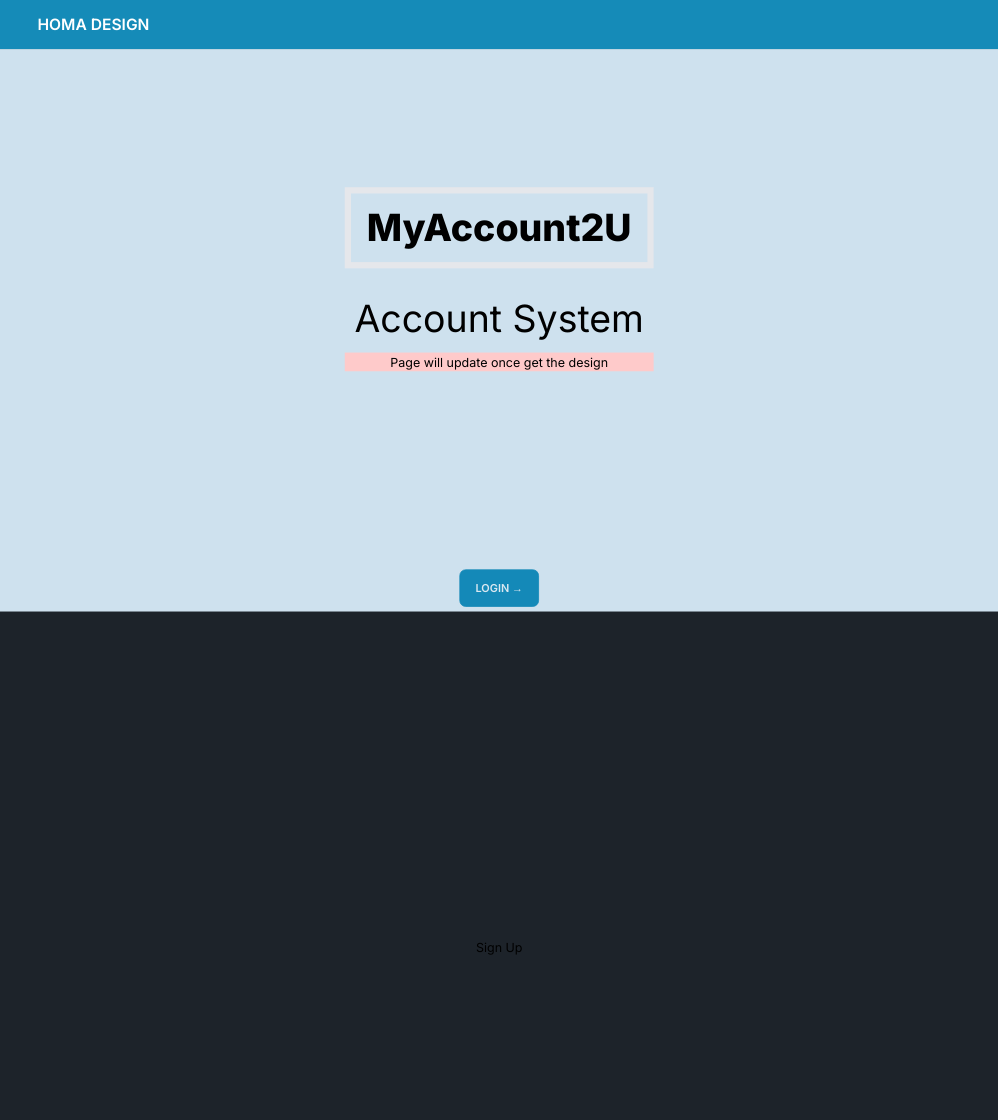
Repository: khairul35/merchant-dashboard
Page: /
An editor plug-in stored every save of this project. The page is shown before and after the next save, followed by the edit.
The browser window is 1280 px wide. The pictures show the whole page, at 78% of full size.
The project was rebuilt for these pictures with package versions that can differ from the ones it lists, and the page was loaded fresh each time. The framework's server and built-in components were replaced by stand-ins that run in the browser. Also part of the build but not shown: next.config.js.

Above is the page before, as saved 2024-01-03 10:25:50.

### app/layout.tsx
import type { Metadata } from 'next'
import { Inter } from 'next/font/google'
import Header from './components/layout/Header';
import './globals.css'

const inter = Inter({ subsets: ['latin'] })

export const metadata: Metadata = {
  title: 'Merchant apps',
  description: 'Merchant web app',
}

export default function RootLayout({
  children,
}: {
  children: React.ReactNode
}) {
  return (
    <html lang="en">
      <body className={inter.className}>
        <div className='flex flex-col h-screen'>
          <Header />
          {children}
        </div>
      </body>
    </html>
  )
}

### app/page.tsx
'use client';

import router from 'next/router';
import Link from 'next/link';

export default function Home() {
  console.log(window.localStorage.getItem('isLogin'))
  if (window.localStorage.getItem('isLogin') == 'true') {
      window.location.href = '/dashboard';
  }
  return (
      <main className="flex min-h-screen flex-col items-center justify-between p-24 bg-bg-color">
        <div>
          <div>
            <h1 className="text-5xl font-extrabold border-8 p-5 text-center items-center mb-10 mt-20">MyAccount2U</h1>
          </div>
          <h1 className="text-5xl text-center items-center">Account System</h1>
          <p className="text-center items-center bg-red-200 mt-5">Page will update once get the design</p>
          <div className="items-center flex justify-center h-full pt-4 mt-10">
            <Link href="/login">
              <button className="btn btn-primary w-full max-w-xs pl-5 pr-5">Login &rarr;</button>
            </Link>
          </div>
          <div className="items-center flex justify-center h-full pt-4">
            <Link href="/login">
              Sign Up
            </Link>
          </div>
        </div>
      </main>
  )
}

### app/components/layout/Header/index.tsx
'use client';

import Link from "next/link";
import { useState, useEffect } from "react";

const Header = () => {


    useEffect(() => {
        if (window.localStorage.getItem('isLogin') == 'true') {
        }
    }, []);


    return (
        localStorage.getItem('isLogin') == 'true' ?
        <div
            className="navbar border-b shadow-black-200"
            style={{ backgroundColor: "#158BB8", color: "#fff" }}
        >
            <h2 className="text-xl font-semibold pl-10">HOMA DESIGN</h2>
        </div>
        :
        <div
            className="navbar border-b shadow-black-200"
            style={{ backgroundColor: "#158BB8", color: "#fff" }}
        >
            <h2 className="text-xl font-semibold pl-10">HOMA DESIGN</h2>
        </div>
    )
};

export default Header;

### tailwind.config.ts
import type { Config } from 'tailwindcss'

const config: Config = {
  content: [
    './pages/**/*.{js,ts,jsx,tsx,mdx}',
    './components/**/*.{js,ts,jsx,tsx,mdx}',
    './app/**/*.{js,ts,jsx,tsx,mdx}',
  ],
  theme: {
    extend: {
      backgroundImage: {
        'gradient-radial': 'radial-gradient(var(--tw-gradient-stops))',
        'gradient-conic':
          'conic-gradient(from 180deg at 50% 50%, var(--tw-gradient-stops))',
      },
      backgroundColor: {
        'bg-color': '#CEE1EE', // Define a custom background color class
      },
      button: {
        'primary': '#158BB8',
      },
      fontWeight: {
        'label': '600',
      },
    },
  },
  plugins: [require("daisyui")],
  daisyui: {
    themes: [
      {
        mytheme: {
          "primary": "#158BB8",
          "secondary": "#d926a9",
          "accent": "#1fb2a6",
          "neutral": "#2a323c",
          "base-100": "#1d232a",
          "info": "#3abff8",
          "success": "#36d399",
          "warning": "#fbbd23",
          "error": "#f87272",
        },
      },
    ],
  },
}
export default config

Loaded but not shown: app/globals.css (common file)

After the next save:
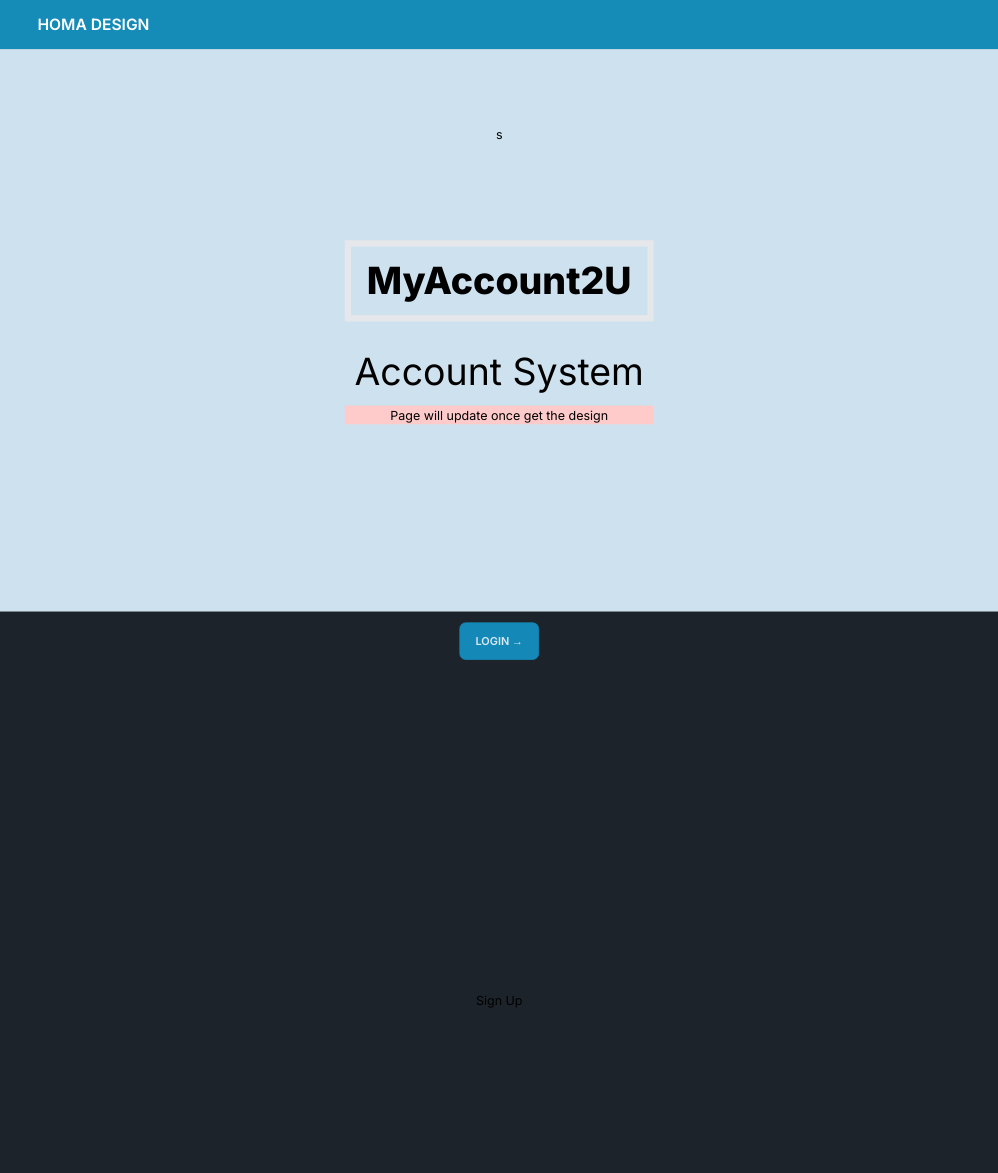
Saved 4 s later.
--- a/app/page.tsx
+++ b/app/page.tsx
@@ -9,7 +9,7 @@
       window.location.href = '/dashboard';
   }
   return (
-      <main className="flex min-h-screen flex-col items-center justify-between p-24 bg-bg-color">
+      <main className="flex min-h-screen flex-col items-center justify-between p-24 bg-bg-color">s
         <div>
           <div>
             <h1 className="text-5xl font-extrabold border-8 p-5 text-center items-center mb-10 mt-20">MyAccount2U</h1>

After the save that followed:
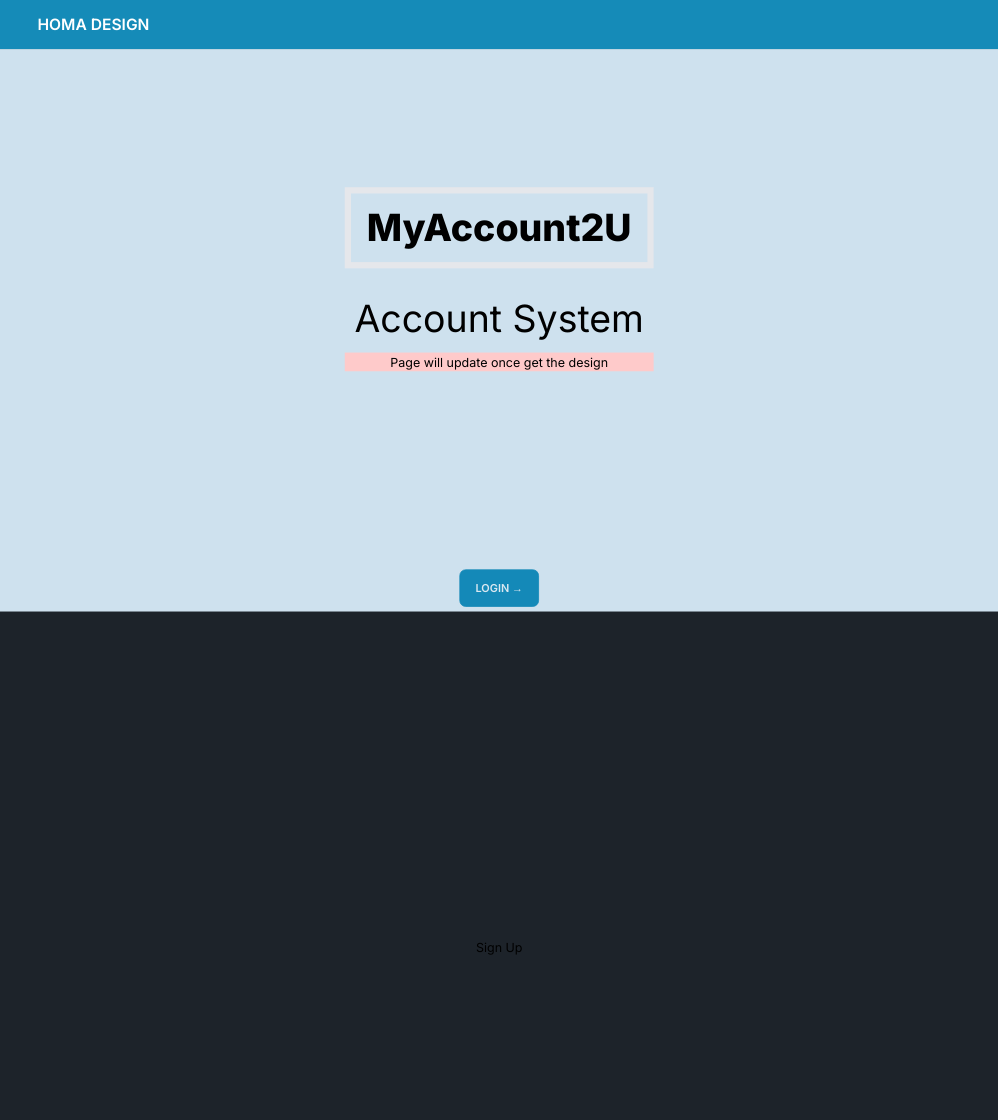
Saved 4 s later.
--- a/app/page.tsx
+++ b/app/page.tsx
@@ -9,7 +9,7 @@
       window.location.href = '/dashboard';
   }
   return (
-      <main className="flex min-h-screen flex-col items-center justify-between p-24 bg-bg-color">s
+      <main className="flex min-h-screen flex-col items-center justify-between p-24 bg-bg-color">
         <div>
           <div>
             <h1 className="text-5xl font-extrabold border-8 p-5 text-center items-center mb-10 mt-20">MyAccount2U</h1>
